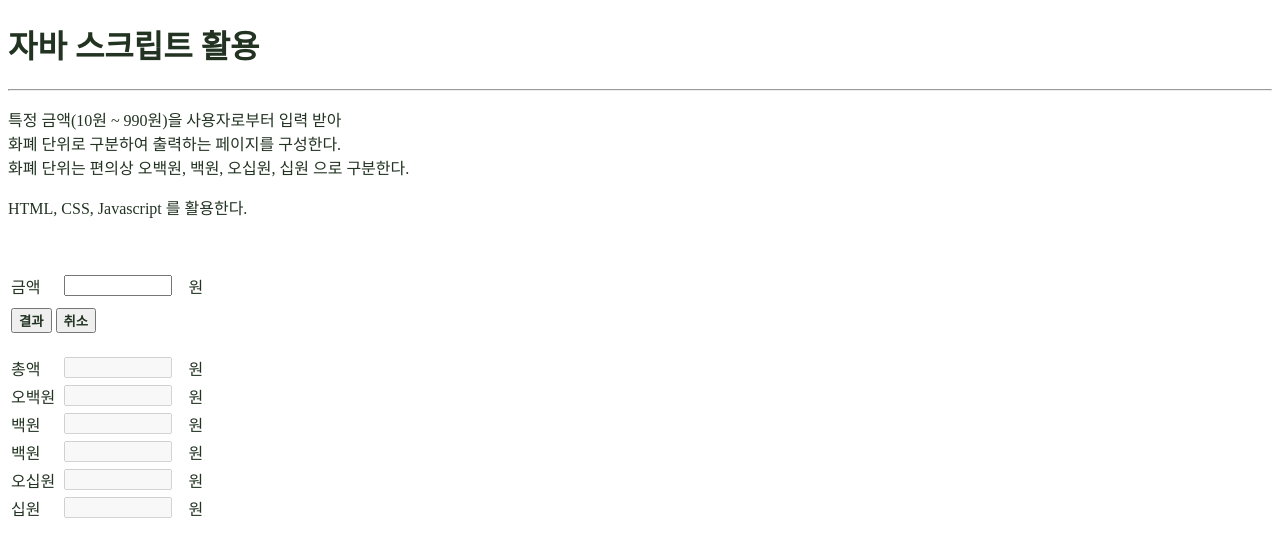
Repository: lolsoyeon/WebStudy
Page: WebApp03/WebContent/Test015.html
An editor plug-in stored every save of this project. The page is shown before and after the next save, followed by the edit.
The browser window is 1280 px wide. The pictures show the whole page.

Above is the page before, as saved 2022-09-29 07:08:04.

### WebApp03/WebContent/Test015.html
<!DOCTYPE html>
<html>
<head>
<meta charset="UTF-8">
<title>Test015.html</title>

<style type="text/css">
	* {color: #223322;}
	input{font-style: 나눔고딕코딩; font-weight: bold;}
	input:focus { background-color: #eeeedd;}

</style>
</head>
<body>

<div>
	<h1>자바 스크립트 활용</h1>
	<hr>
</div>

<div>
	<p>특정 금액(10원 ~ 990원)을 사용자로부터 입력 받아<br>
	화폐 단위로 구분하여 출력하는 페이지를 구성한다.<br>
	화폐 단위는 편의상 오백원, 백원, 오십원, 십원 으로 구분한다.<br>
	</p>

	<p>HTML, CSS, Javascript 를 활용한다. </p>

	<!--
	페이지 기본 레이아웃 구성
	---------------------------------------------

	금액  [       ] 원

	<결과> <취소>

	총액  [       ] 원

	오백원	[     ] 개
	  백원	[     ] 개
	오십원	[     ] 개
	십  원	[     ] 개
	---------------------------------------------
	-->
</div>
<br><br>
<div>
	<form>
		<table style="width: 200px;">
			<tr>
				<td>
					금액
				</td>
				<td>
					<input type="text" style="width: 100px;" class="txt" id="money">
				</td>
				<td>
					원
				</td>
			</tr>
			<tr style="height: 40px;">
				<td colspan="3">
					<input type="button" value="결과" class="btn">
					<input type="reset" value="취소" class="btn">
				</td>
			</tr>

			<tr style="height: 10px;">
			</tr>

			<tr>
				<td>
					 총액
				</td>

				<td>
					<input type="text" style="width: 100px;" class="txt" id="totalMoney"
					disabled="disabled">
				</td>
				<td>
					원
				</td>

			</tr>

			<tr>
				<td>
					오백원
				</td>
				<td>
					<input type="text" style="width: 100px;" class="txt" id="totalMoney"
					disabled="disabled">
				</td>
				<td>
					원
				</td>
			</tr>

			<tr>
				<td>
					백원
				</td>
				<td>
					<input type="text" style="width: 100px;" class="txt" id="totalMoney"
					disabled="disabled">
				</td>
				<td>
					원
				</td>
			</tr>

			<tr>
				<td>
					백원
				</td>
				<td>
					<input type="text" style="width: 100px;" class="txt" id="totalMoney"
					disabled="disabled">
				</td>
				<td>
					원
				</td>
			</tr>
			<tr>
				<td>
					오십원
				</td>
				<td>
					<input type="text" style="width: 100px;" class="txt" id="totalMoney"
					disabled="disabled">
				</td>
				<td>
					원
				</td>
			</tr>
			<tr>
				<td>
					십원
				</td>
				<td>
					<input type="text" style="width: 100px;" class="txt" id="totalMoney"
					disabled="disabled">
				</td>
				<td>
					원
				</td>
			</tr>
		</table>
	</form>





</div>




<div>
</div>

</body>
</html>

After the next save:
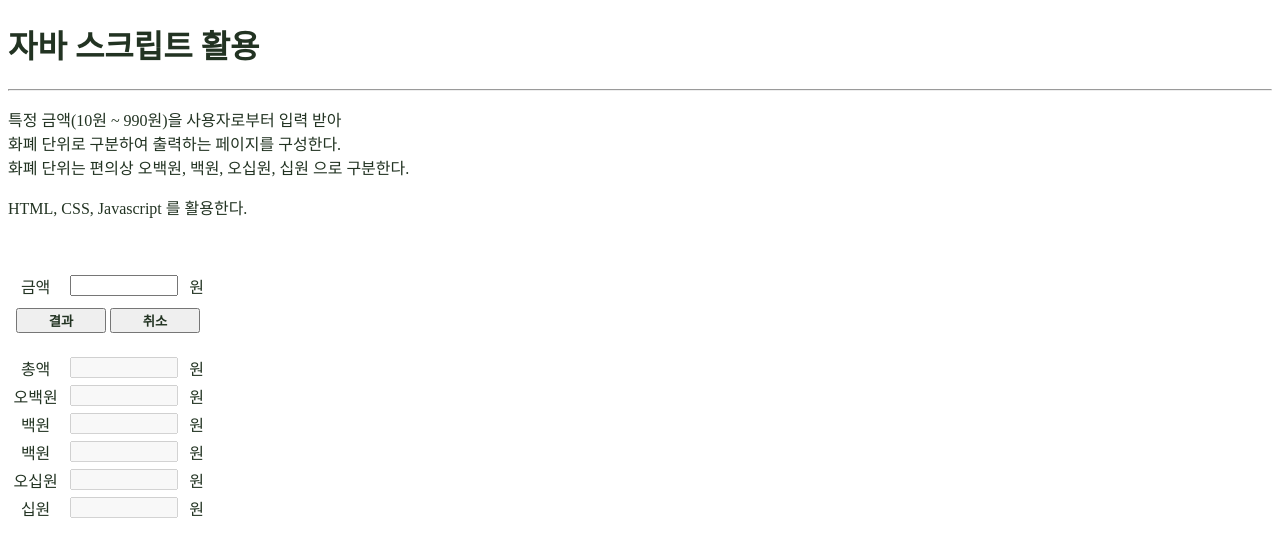
Saved 98 s later.
--- a/WebApp03/WebContent/Test015.html
+++ b/WebApp03/WebContent/Test015.html
@@ -8,6 +8,10 @@
 	* {color: #223322;}
 	input{font-style: 나눔고딕코딩; font-weight: bold;}
 	input:focus { background-color: #eeeedd;}
+	input.btn {width: 90px; font-weight: bold; font-family: 맑은 고딕;}
+	input.btn:hover {color: gray;}
+	td {text-align: center;}
+	,txt {text-align: right;}
 
 </style>
 </head>
